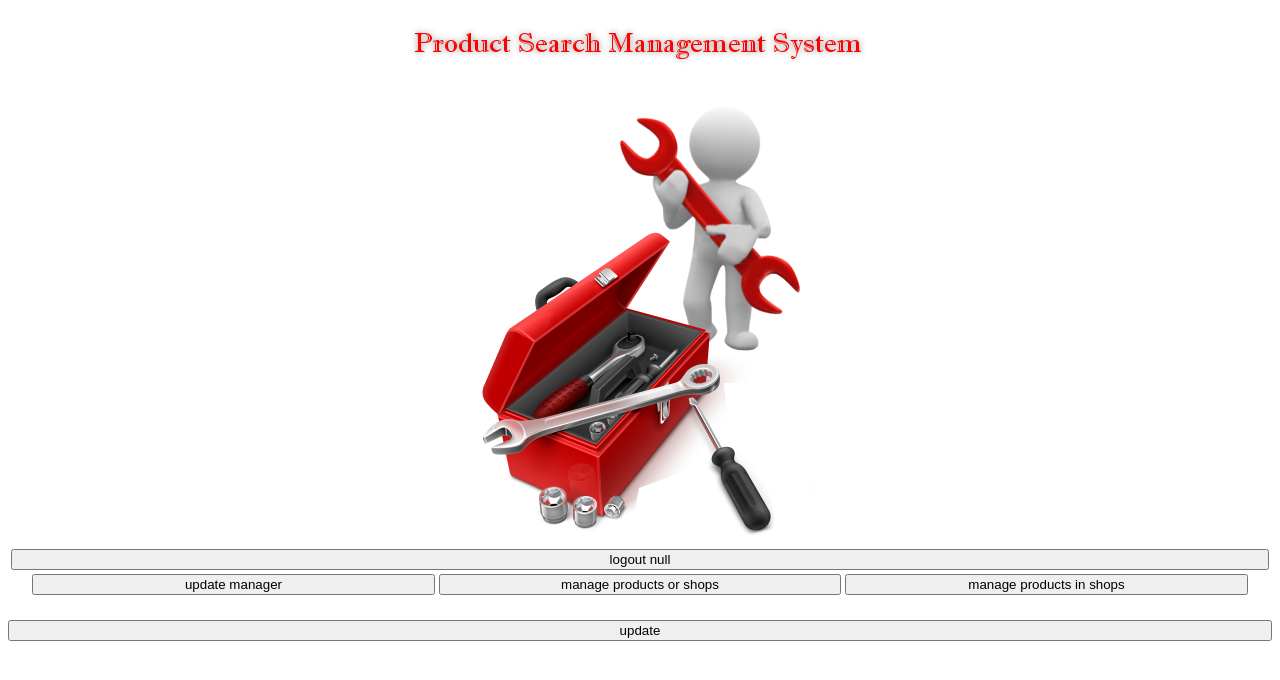
Repository: DishantVaghela/ProductSearchManagementSystem
Page: http://localhost/ProductSearchManagementSystem/updateManager.jsp
These files come from the project's save history. The page is drawn as it stood at one moment and after the next save; the edit follows.
The browser window is 1280 px wide. The pictures show the whole page.
The page is served by Tomcat 9. Queries for data that is not in the repository find no rows.

Above is the page before, as saved 2017-04-29 03:46:29.

After the next save:
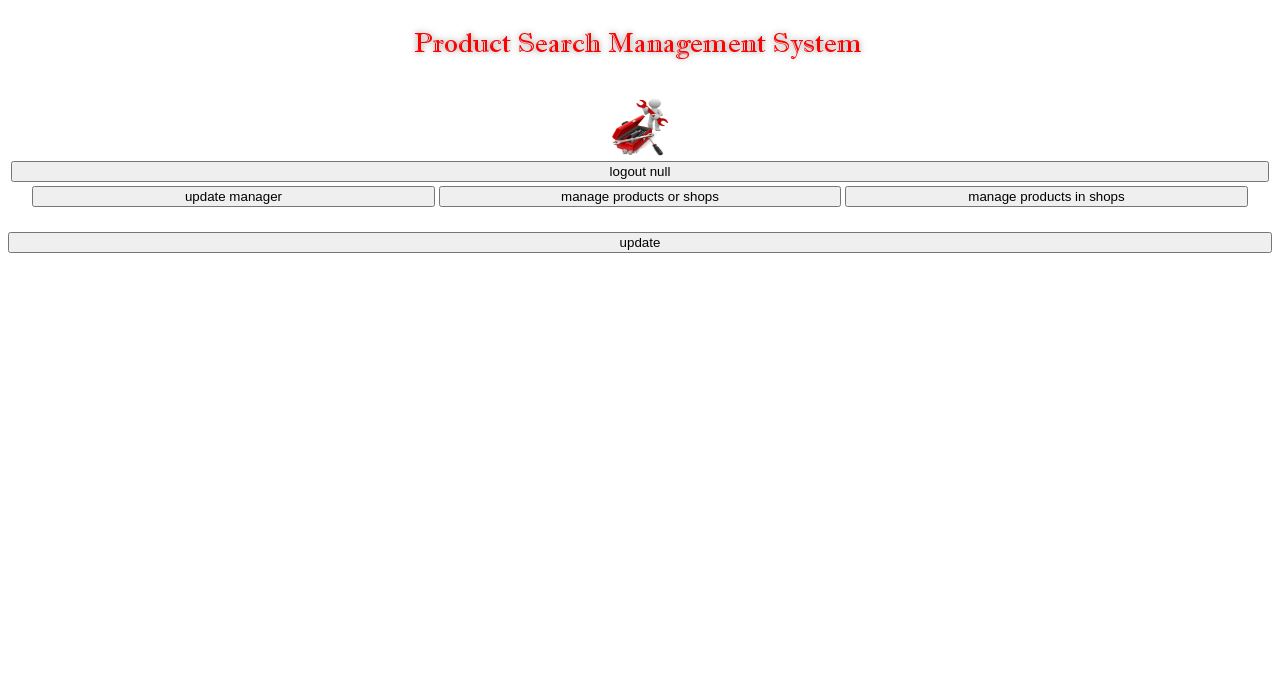
Saved 5 min 53 s later.
--- a/ProductSearchManagementSystem/WebContent/services.jsp
+++ b/ProductSearchManagementSystem/WebContent/services.jsp
@@ -18,7 +18,7 @@
 				<td ><br></td>
 			</tr>
 			<tr>
-				<td ><img src="manager.png"></td>
+				<td class="manager"><img src="manager/manager.png"></td>
 			</tr>
 			<tr>
 				<td ><input type="submit" value="logout <%=session.getAttribute("sessionLoginId")%>" name="buttonLogout" style="width:100%;"></td>
